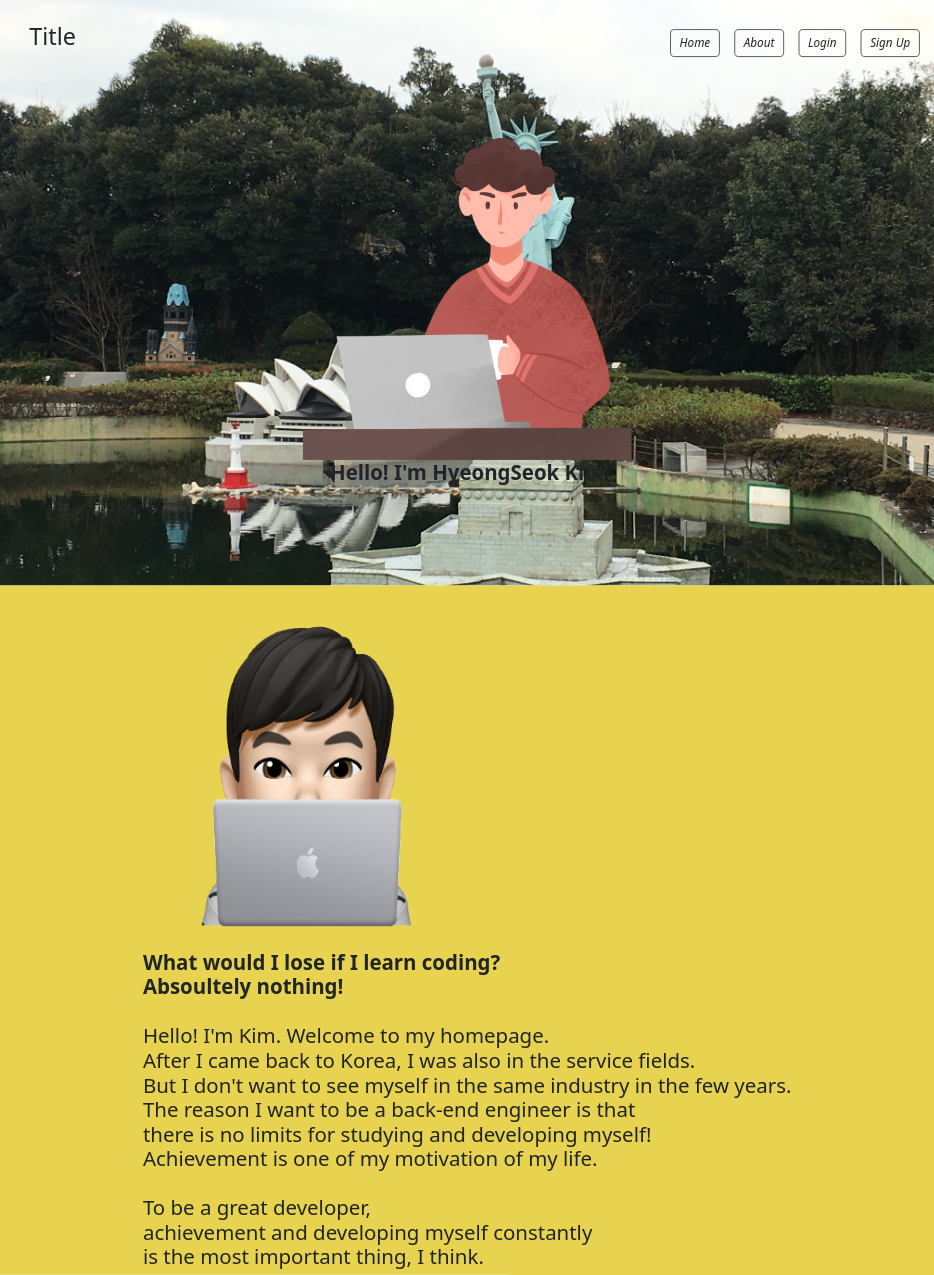
Repository: beruzz/ezen
Page: http://localhost/introduce/
An editor plug-in stored every save of this project. The page is shown before and after the next save, followed by the edit.
The browser window is 1280 px wide. The pictures show the whole page, at 73% of full size.
The page is served by Tomcat 9. The template is opened directly, without the code that normally fills it, so the values that code supplies are empty.

Above is the page before, as saved 2022-12-14 08:37:53.

After the next save:
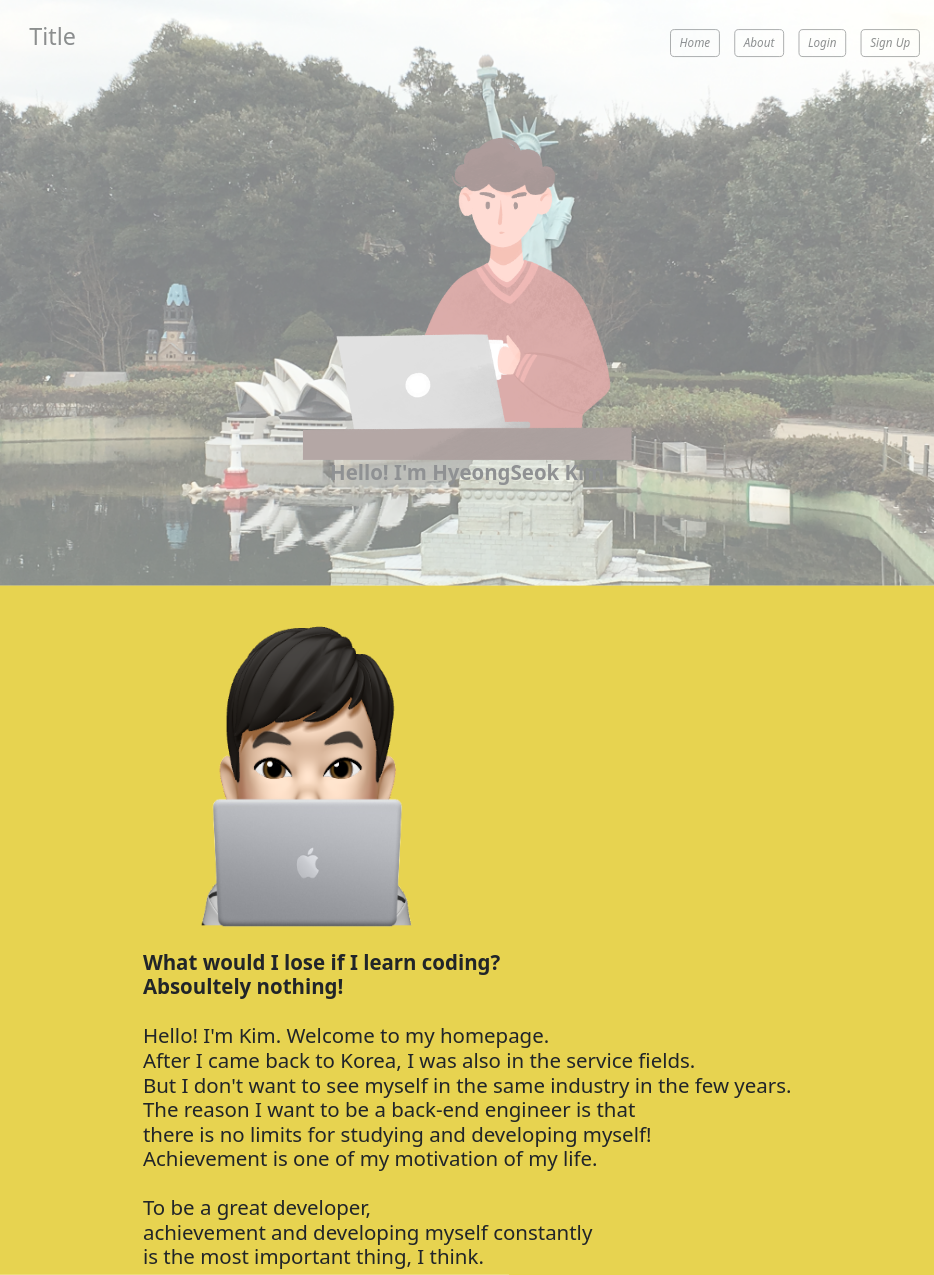
Saved 59 s later.
--- a/JSP_Board&Member/introduce/src/main/webapp/css/main.css
+++ b/JSP_Board&Member/introduce/src/main/webapp/css/main.css
@@ -17,7 +17,7 @@
 	text-align: center;
 	padding-top: 180px;
 	padding-bottom: 130px;
-
+	opacity: 0.5;
 }
 
 ul {

After the save that followed:
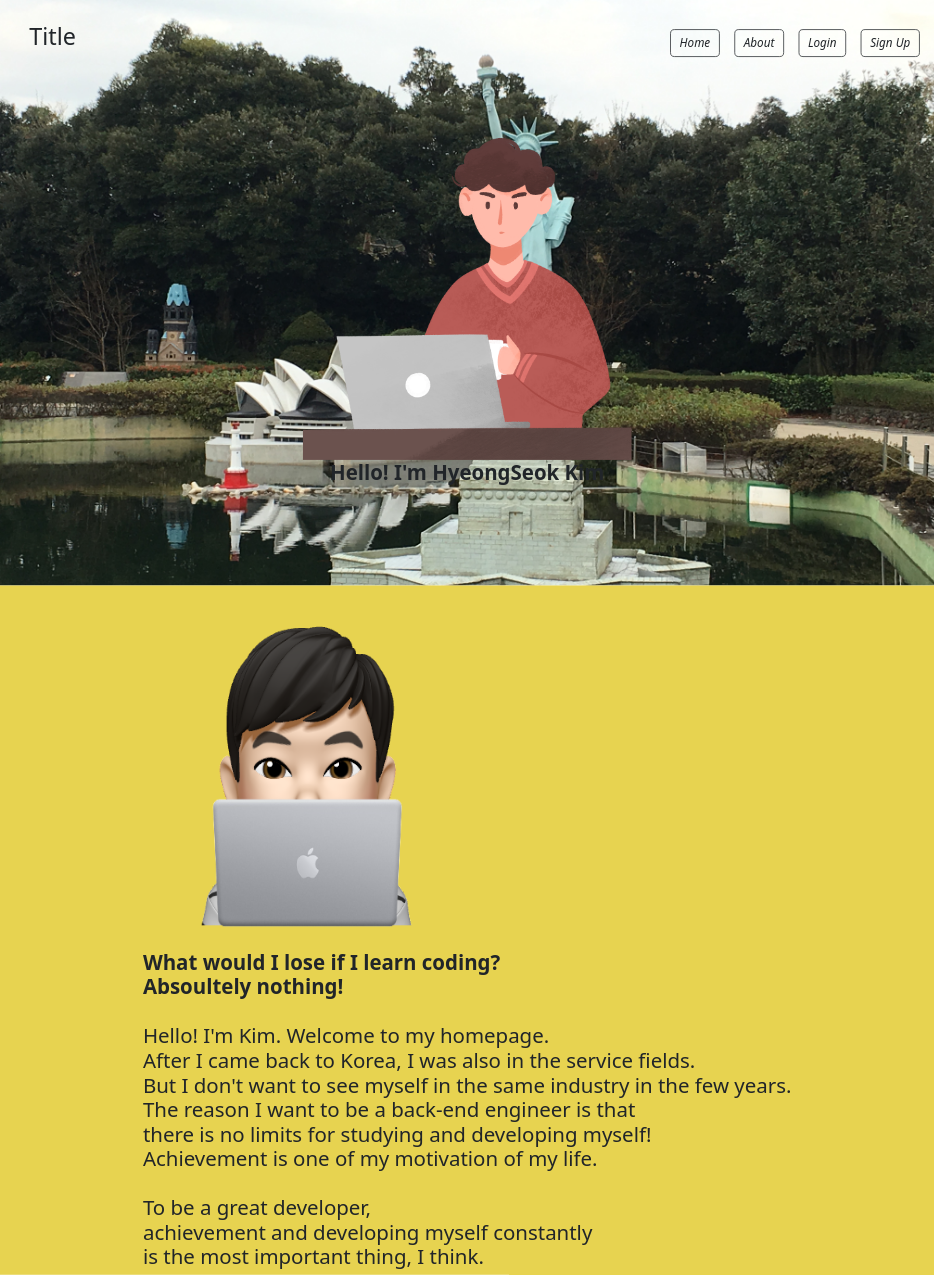
Saved 28 s later.
--- a/JSP_Board&Member/introduce/src/main/webapp/css/main.css
+++ b/JSP_Board&Member/introduce/src/main/webapp/css/main.css
@@ -17,7 +17,6 @@
 	text-align: center;
 	padding-top: 180px;
 	padding-bottom: 130px;
-	opacity: 0.5;
 }
 
 ul {
